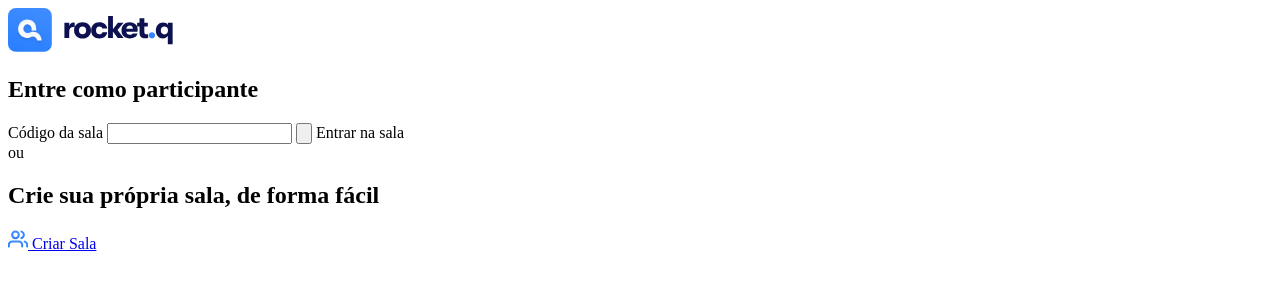
Repository: frnndlima/rocket.q
Page: home.html
The author's editor kept a copy of each file at every save. The page is drawn from the files as they stood at one save, then again after a run of saves.
The browser window is 1280 px wide. The pictures show the whole page.

Above is the page before, as saved 2021-08-30 14:06:17.

After the next 2 saves:
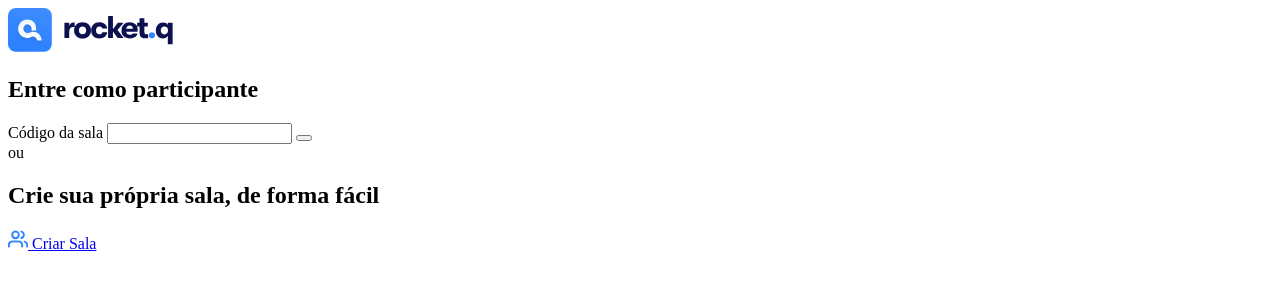
The 2 saves are shown as one change because they came seconds apart.
The last was saved 11 min 43 s later.
--- a/home.html
+++ b/home.html
@@ -14,7 +14,7 @@
           <form>
             <label for="room-id" class="sr-only">Código da sala</label>
             <input type="text" id="room-id" />
-            <input type="button" /> Entrar na sala
+            <button></button>
           </form>
         </section>
 
